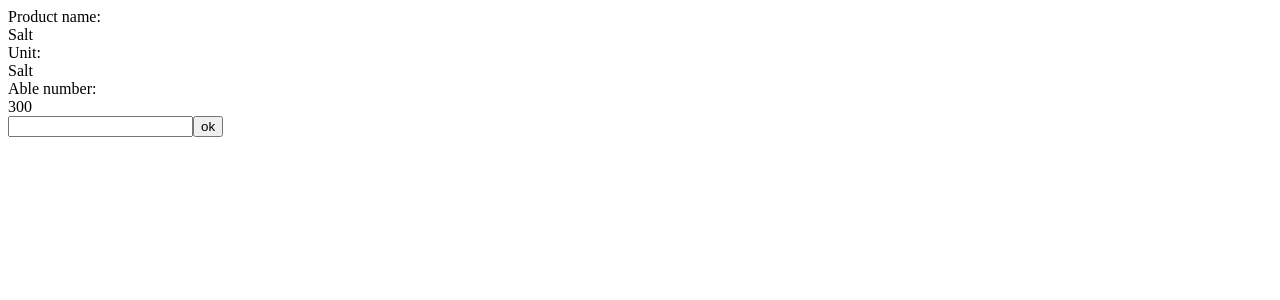
Repository: OlexandraKovach2/Vue
Page: / (app in vuexam/brila-exam/)
An editor plug-in stored every save of this project. The page is shown before and after the next save, followed by the edit.
The browser window is 1280 px wide. The pictures show the whole page.
The project was rebuilt for these pictures with package versions that can differ from the ones it lists, and the page was loaded fresh each time. Also part of the build but not shown: vuexam/brila-exam/vue.config.js.

Above is the page before, as saved 2022-11-08 21:38:51.

After the next save:
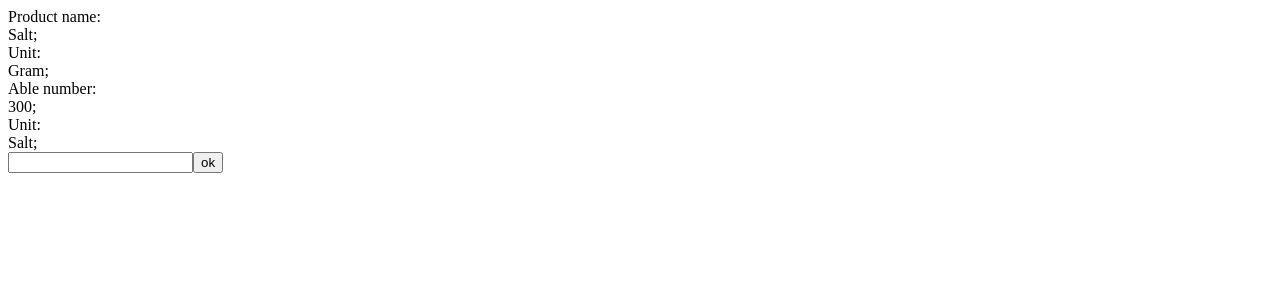
Saved 29 s later.
--- a/vuexam/brila-exam/src/components/ObjectTable/ObjectBase.vue
+++ b/vuexam/brila-exam/src/components/ObjectTable/ObjectBase.vue
@@ -2,15 +2,19 @@
     <div>
         <div class="info-row">
             <div>Product name:</div>
-            <div>{{name}}</div>
+            <div>{{name}};</div>
         </div>
         <div class="info-row">
             <div>Unit:</div>
-            <div>{{name}}</div>
+            <div>{{unit}};</div>
         </div>
         <div class="info-row">
             <div>Able number:</div>
-            <div>{{count}}</div>
+            <div>{{count}};</div>
+        </div>
+        <div class="info-row">
+            <div>Unit:</div>
+            <div>{{name}};</div>
         </div>
     </div>
 </template>
